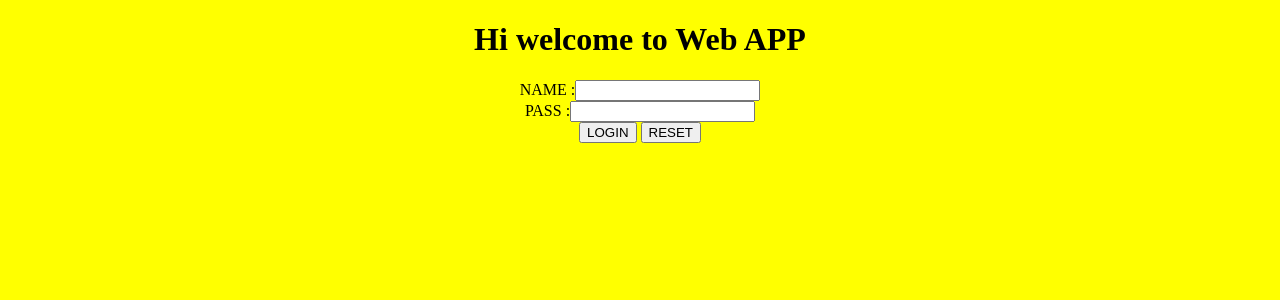
Repository: Thaneshwara848/TCS_B1
Page: webDemo5/src/main/webapp/Login.html
An editor plug-in stored every save of this project. The page is shown before and after the next save, followed by the edit.
The browser window is 1280 px wide. The pictures show the whole page.

Above is the page before, as saved 2022-11-14 05:38:14.

### webDemo5/src/main/webapp/Login.html
<!DOCTYPE html>
<html>
<head>
<meta charset="UTF-8">
<title>Insert title here</title>
</head>
<body bgcolor="yellow">

<center>
	<h1> Hi welcome to Web APP</h1>
	<form action="">
		NAME :<input type="text" name="username"><br>
		PASS :<input type="text" name="userpass"><br>
		<input type="submit" value="LOGIN">
		<input type="reset" value="RESET">
	</form>
</center>

</body>
</html>

After the next save:
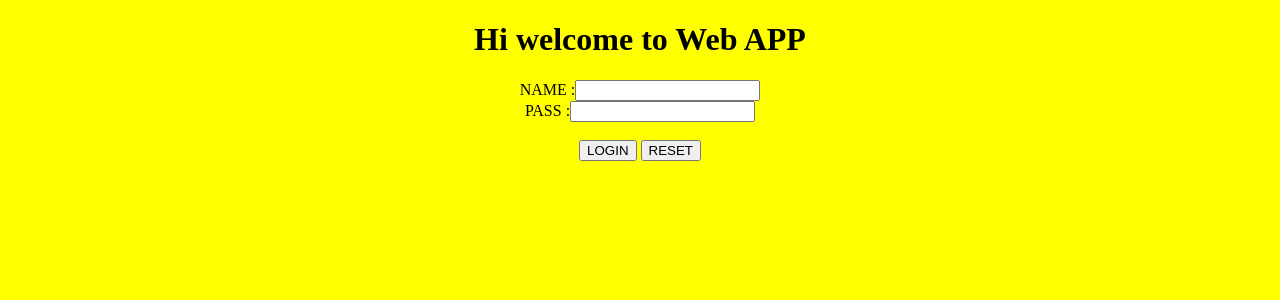
Saved 15 s later.
--- a/webDemo5/src/main/webapp/Login.html
+++ b/webDemo5/src/main/webapp/Login.html
@@ -10,7 +10,7 @@
 	<h1> Hi welcome to Web APP</h1>
 	<form action="">
 		NAME :<input type="text" name="username"><br>
-		PASS :<input type="text" name="userpass"><br>
+		PASS :<input type="text" name="userpass"><br><br>
 		<input type="submit" value="LOGIN">
 		<input type="reset" value="RESET">
 	</form>
